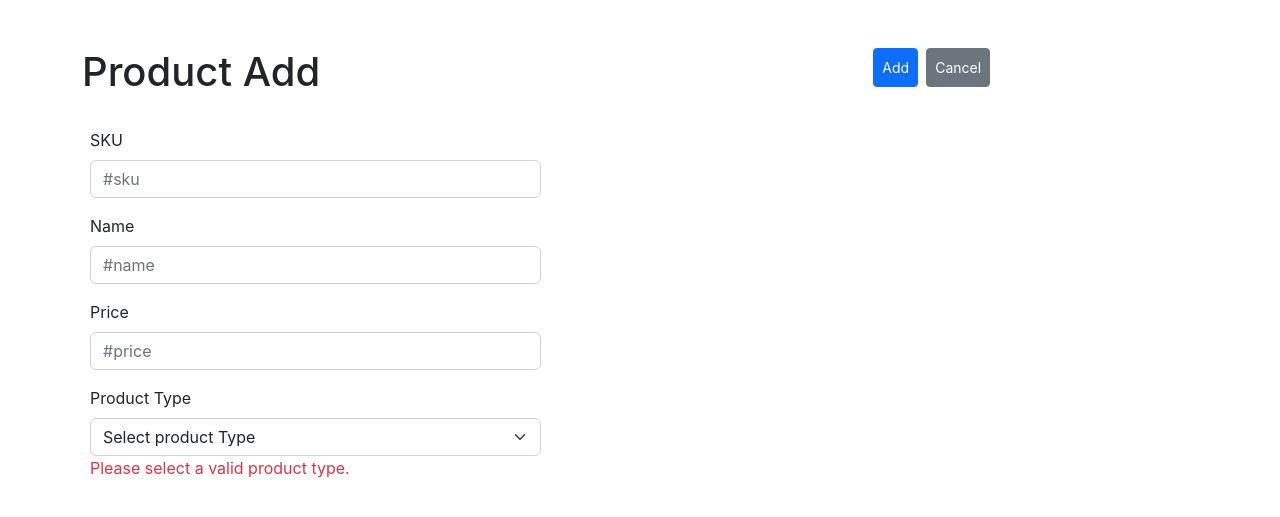
Repository: MagdyAbouelnasr/scandiweb_project
Page: /addproduct
An editor plug-in stored every save of this project. The page is shown before and after the next save, followed by the edit.
The browser window is 1280 px wide. The pictures show the whole page.
The project was rebuilt for these pictures with package versions that can differ from the ones it lists, and the page was loaded fresh each time. Also part of the build but not shown: src/App.css, src/components/Product/Product-style.scss, src/components/Product/Product.css, src/components/Pages/ProductList.jsx, src/components/ProductAdd/Book.component.jsx, src/components/ProductAdd/DVD.component.jsx, src/components/ProductAdd/Furniture.component.jsx, src/App.jsx.

Above is the page before, as saved 2023-05-09 01:17:06.

After the next save:
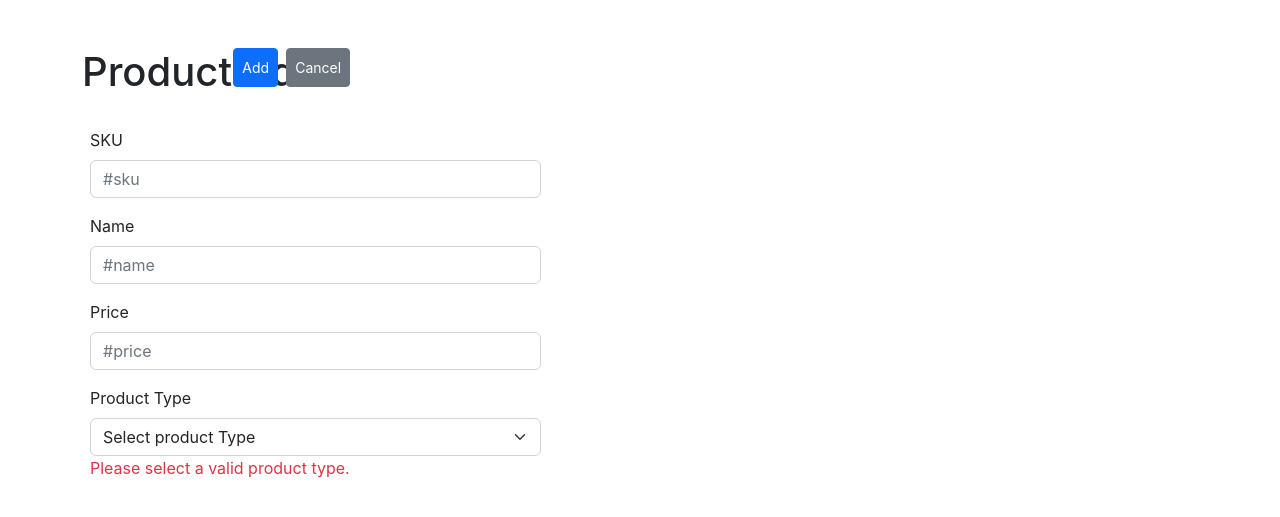
Saved 9 s later.
--- a/src/components/Pages/ProductAdd.jsx
+++ b/src/components/Pages/ProductAdd.jsx
@@ -127,7 +127,7 @@ function ProductAdd() {
       <div className="container  mt-5">
         <div className="row">
           <h1 className="page-header text-header col-md-8 text-start ">Product Add</h1>
-          <div className="col-4 float-end position-absolute end-0">
+          <div className="col-4 float-end position-absolute end-50">
             <Button type="submit" className="p-2 ms-2" variant="primary" size="sm">
               Add
             </Button>
